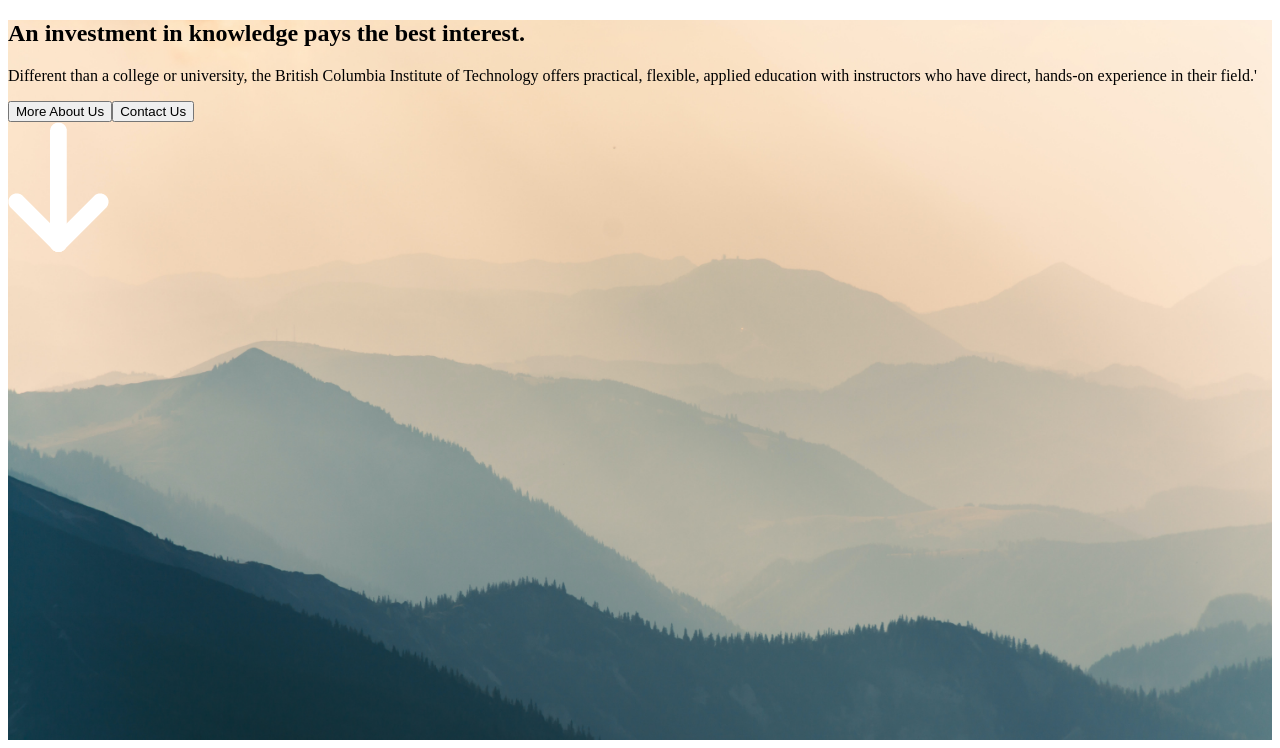
Repository: sierralaurent/MDIA2109-Assignment01
Page: /
These files come from the project's save history. The page is drawn as it stood at one moment and after the next save; the edit follows.
The browser window is 1280 px wide. The pictures show the whole page.
The project was rebuilt for these pictures with package versions that can differ from the ones it lists, and the page was loaded fresh each time. The framework's server and built-in components were replaced by stand-ins that run in the browser. Also part of the build but not shown: next.config.js.

Above is the page before, as saved 2023-02-01 15:54:28.

### pages/index.js
import Head from 'next/head'
import Image from 'next/image'
import { Inter } from '@next/font/google'
import styles from '@/styles/Home.module.css'
import Link from 'next/link'

const inter = Inter({ subsets: ['latin'] })

export default function Home() {
  return (
    <>
    <nav>
      <Head>
        <title>Home</title>
        <meta name="author" content="MDIA 2109" />
        <meta property="og:title" content="Assignment #1 - Home Page" />
        <meta property="og:description" content="BCIT Digital Design and Development Diploma" />
        <link rel="icon" href="/favicon.png" />
        </Head>
        <main className={styles.main} >
          <div>
            <div className={styles.intro}>
            <h1>An investment in knowledge pays the best interest.</h1>
        <p>Different than a college or university, the British Columbia Institute of Technology offers practical, flexible, applied education with instructors who have direct, hands-on experience in their field.'</p>
            </div>
            <div className={styles.buttons}>
            <Link href="/about">
          <button>More About Us</button>
        </Link>
        <Link href="/contact">
        <button>Contact Us</button>
        </Link>
            </div>
          </div>
          <div>
            <a href="/about">
              <span>
                <img
                src="icons/downwardArrow.png"
                />
              </span>
            </a>
          </div>
        </main>
    </nav>
    </>
  )
}

### styles/Home.module.css
.carouselImage {
  height: 200px;
  background-repeat: no-repeat;
  background-size: cover;
  display: flex;
  justify-content: center;
  align-items: center;
  margin: 40px 0px;
}
.main {
  background-image: url('../public/background-images/backgroundMountain.jpg');
  background-size: cover;
  height: 100vh;
}

.intro {

}

.buttons {

}

Loaded but not shown: pages/_document.js (common file)

After the next save:
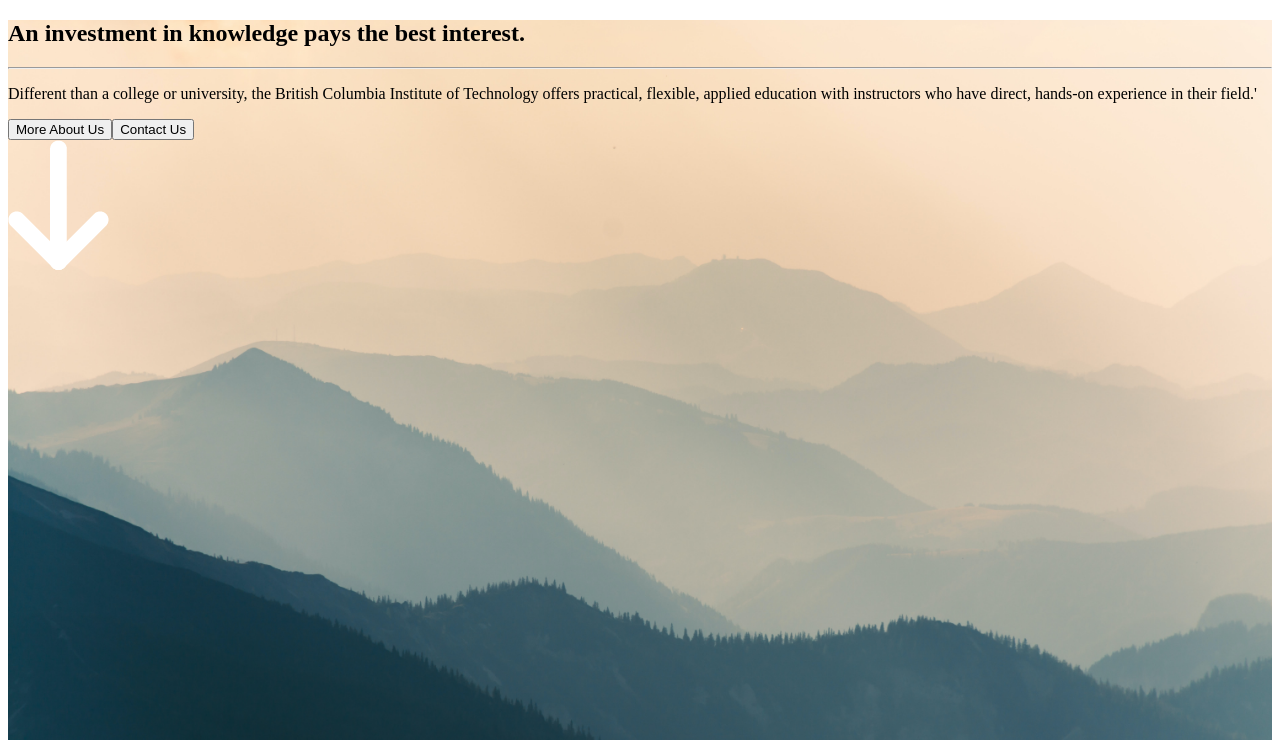
Saved 42 s later.
--- a/pages/index.js
+++ b/pages/index.js
@@ -21,7 +21,8 @@ export default function Home() {
           <div>
             <div className={styles.intro}>
             <h1>An investment in knowledge pays the best interest.</h1>
-        <p>Different than a college or university, the British Columbia Institute of Technology offers practical, flexible, applied education with instructors who have direct, hands-on experience in their field.'</p>
+            <hr></hr>
+            <p>Different than a college or university, the British Columbia Institute of Technology offers practical, flexible, applied education with instructors who have direct, hands-on experience in their field.'</p>
             </div>
             <div className={styles.buttons}>
             <Link href="/about">
